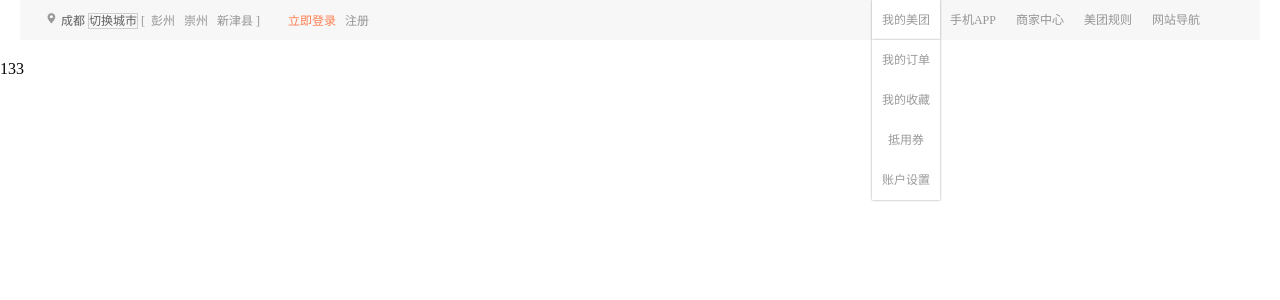
Repository: buddy-fallinlove/Meituan
Page: /
An editor plug-in stored every save of this project. The page is shown before and after the next save, followed by the edit.
The browser window is 1280 px wide. The pictures show the whole page.
The pointer rests on the first visible `.has-child:not(:nth-child(2))`.
The project was rebuilt for these pictures with package versions that can differ from the ones it lists, and the page was loaded fresh each time. Also part of the build but not shown: vue.config.js.

Above is the page before, as saved 2020-08-20 15:53:19.

After the next save:
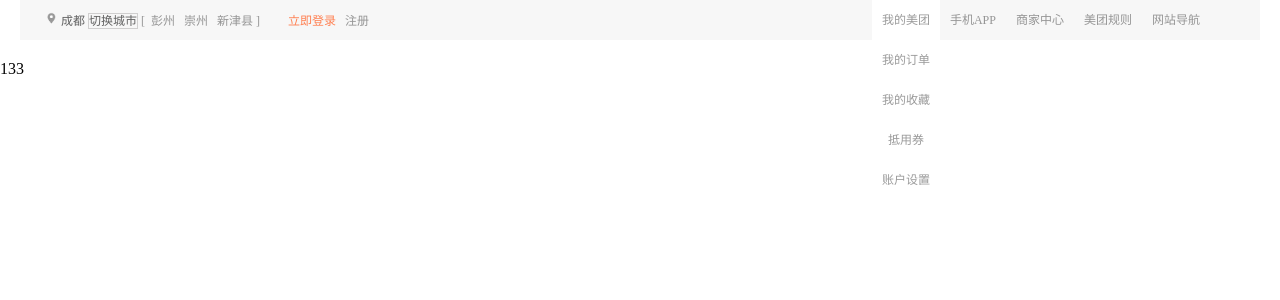
Saved 2 min 44 s later.
--- a/src/components/layout1/top.vue
+++ b/src/components/layout1/top.vue
@@ -407,7 +407,6 @@
 .has-child:not(:nth-child(2)):hover ul,
 .has-child:not(:nth-child(2)):hover div {
   background-color: white;
-  box-shadow: 0 0 2px rgba(22, 21, 21, 0.432);
 }
 
 a:hover {
